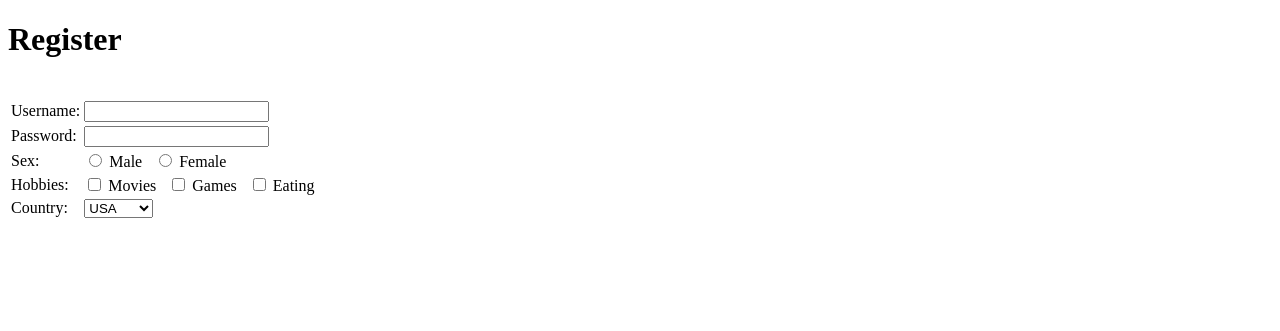
Repository: devjackluo/Java-Servlet-Demo
Page: ServletAppDemo/WebContent/Register.html
The author's editor kept a copy of each file at every save. The page is drawn from the files as they stood at one save, then again after the next save.
The browser window is 1280 px wide. The pictures show the whole page.

Above is the page before, as saved 2019-01-31 22:42:31.

After the next save:
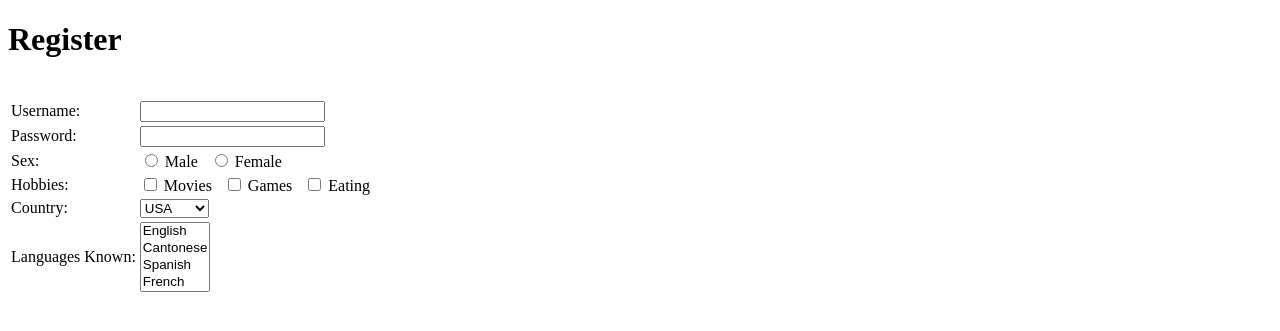
Saved 3 min 10 s later.
--- a/ServletAppDemo/WebContent/Register.html
+++ b/ServletAppDemo/WebContent/Register.html
@@ -47,6 +47,18 @@
 						</select>
 					</td>
 				</tr>
+				<tr>
+					<td>Languages Known: </td>
+					<td>
+						<select name="languages" multiple="multiple">
+							<option value="English">English</option>
+							<option value="Cantonese">Cantonese</option>
+							<option value="Spanish">Spanish</option>
+							<option value="French">French</option>
+							<option value="Arabic">Arabic</option>
+						</select>
+					</td>
+				</tr>
 			</tbody>
 		</table>
 	</form>
